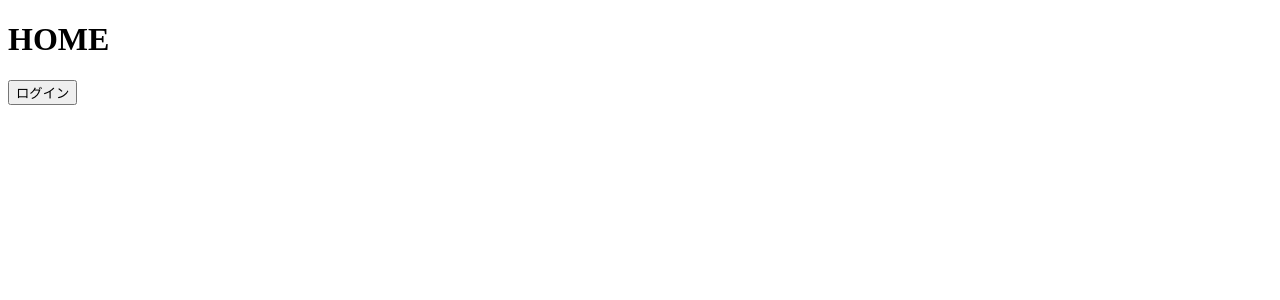
Repository: ryuhei0204/test
Page: http://localhost/Mytest/
The author's editor kept a copy of each file at every save. The page is drawn from the files as they stood at one save, then again after the next save.
The browser window is 1280 px wide. The pictures show the whole page.
The page is served by Tomcat 9. Other server files are loaded and not shown.

Above is the page before, as saved 2019-06-24 02:30:54.

### Mytest/WebContent/home.jsp
<%@ page language="java" contentType="text/html; charset=UTF-8"
    pageEncoding="UTF-8"%>
<!DOCTYPE html>
<html>
<head>
<meta http-equiv="Content-Type" content="text/html; charset=UTF-8">
<title>HOME画面</title>
</head>
<body>
<h1>HOME</h1>
<form action = "LoginAction" method = "post">
<input type = "submit" value = "ログイン">
</form>
</body>
</html>

After the next save:
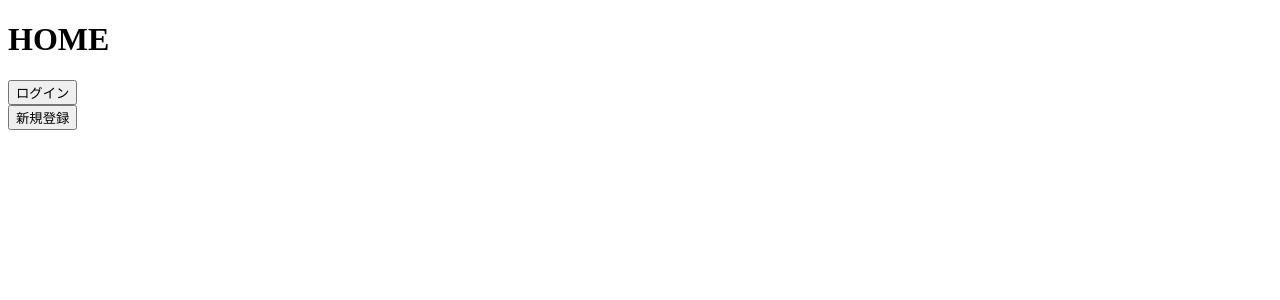
Saved 74 s later.
--- a/Mytest/WebContent/home.jsp
+++ b/Mytest/WebContent/home.jsp
@@ -11,5 +11,6 @@
 <form action = "LoginAction" method = "post">
 <input type = "submit" value = "ログイン">
 </form>
+<a href = '<s:url action = "CreateAction" />'><input type = "button" value = "新規登録"/></a>
 </body>
 </html>
